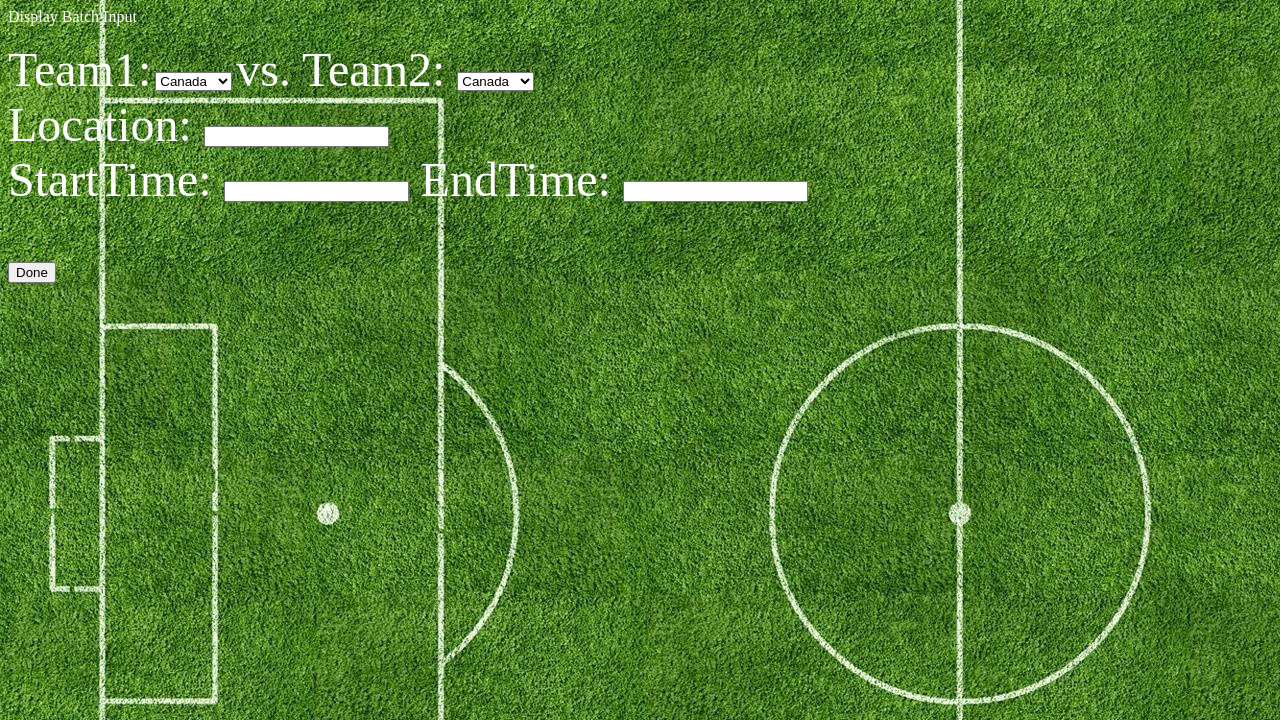
Repository: FredGlozman/SwiftScore
Page: SwiftScore/Batch.html
An editor plug-in stored every save of this project. The page is shown before and after the next save, followed by the edit.
The browser window is 1280 px wide. The pictures show the whole page.

Above is the page before, as saved 2015-12-03 12:30:11.

After the next save:
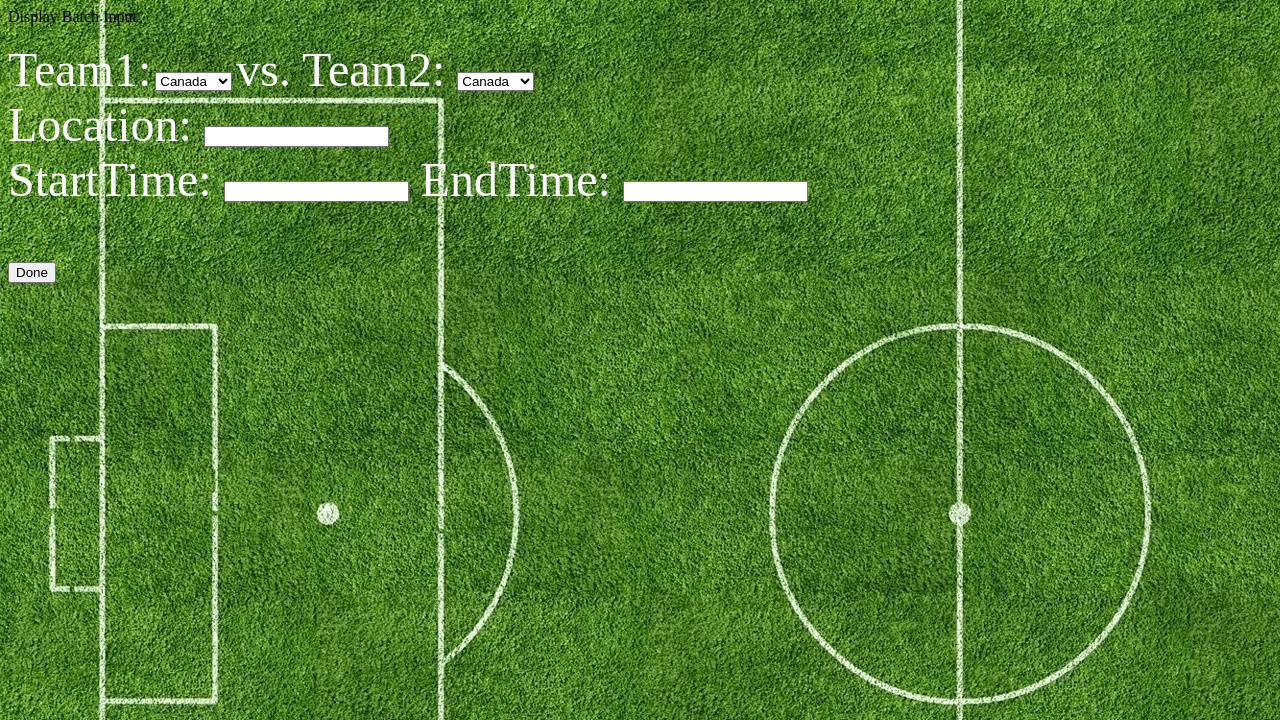
Saved 13 s later.
--- a/SwiftScore/Batch.html
+++ b/SwiftScore/Batch.html
@@ -1,9 +1,5 @@
 <html>
-<style>
-p {
-	color: white;
-}
-</style>
+
 <head>
 <title>Batch Input Mode</title>
 </head>
